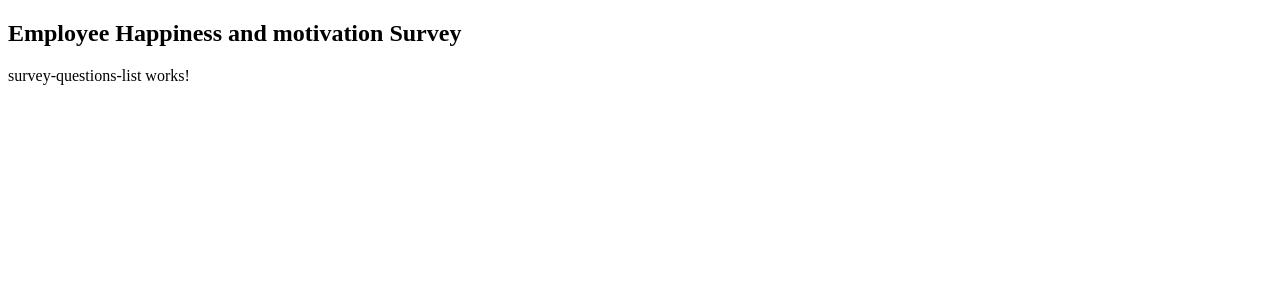
Repository: Itsjeet007y1/WeAce
Page: / (app in we-ace-frontend/)
An editor plug-in stored every save of this project. The page is shown before and after the next save, followed by the edit.
The browser window is 1280 px wide. The pictures show the whole page.
The project was rebuilt for these pictures with package versions that can differ from the ones it lists, and the page was loaded fresh each time. Also part of the build but not shown: we-ace-frontend/angular.json.

Above is the page before, as saved 2023-02-02 21:35:42.

After the next save:
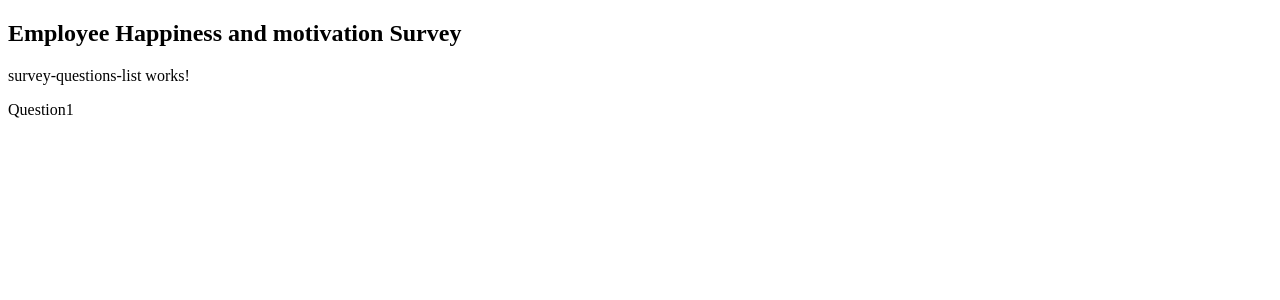
Saved 2 min 29 s later.
--- a/we-ace-frontend/src/app/survey-questions-list/survey-questions-list.component.html
+++ b/we-ace-frontend/src/app/survey-questions-list/survey-questions-list.component.html
@@ -1 +1,2 @@
 <p>survey-questions-list works!</p>
+<p>{{ questionList[0].question }}</p>
